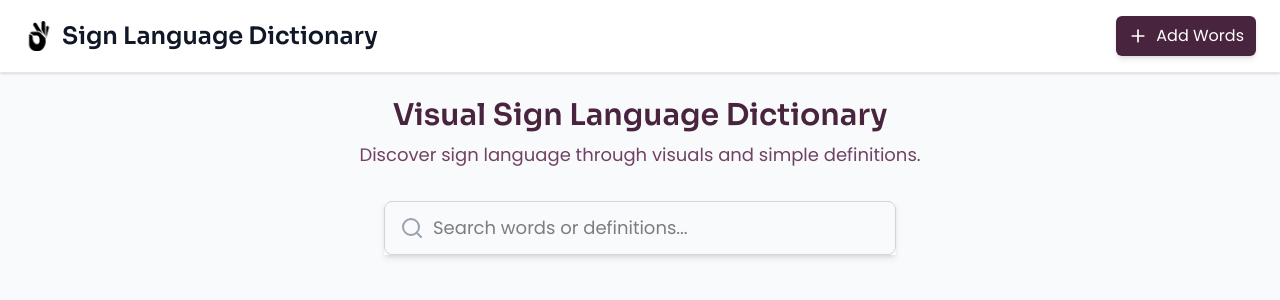
Repository: jabir12-12/sign-setu
Page: /
The author's editor kept a copy of each file at every save. The page is drawn from the files as they stood at one save, then again after the next save.
The browser window is 1280 px wide. The pictures show the whole page.
The project was rebuilt for these pictures with package versions that can differ from the ones it lists, and the page was loaded fresh each time. The framework's server and built-in components were replaced by stand-ins that run in the browser. Also part of the build but not shown: next.config.ts.

Above is the page before, as saved 2025-05-27 16:26:08.

### app/page.tsx
'use client';
import React from 'react';
import Image from 'next/image';
import { Plus, Search } from 'lucide-react';

export default function StockDashboard() {
  return (
    <div className="bg-gray-50 min-h-screen flex flex-col">
      {/* Header */}
      <header className="sticky top-0 z-10 flex flex-wrap justify-between items-center px-4 md:px-6 py-3 md:py-4 bg-white border-b border-gray-200 shadow-sm">
        {/* Left: Logo & Title */}
        <div className="flex items-center space-x-2 mb-2 md:mb-0 justify-center">
          <Image
            src="/images/ok.png"
            alt="Logo icon"
            width={30}
            height={30}
          />
          <h1 className="text-gray-900 font-semibold text-lg md:text-2xl whitespace-nowrap">
            Sign Language Dictionary
          </h1>
        </div>

        {/* Right: Add Button */}
        <div className="flex items-center gap-2">
          <button className="bg-[#49243E] text-white px-3 py-2 rounded-full md:rounded-md flex items-center justify-center hover:bg-[#704264] transition-colors duration-200 shadow-md hover:shadow-md">
            <Plus className="w-5 h-5" />
            <span className="hidden md:inline ml-2">Add Words</span>
          </button>
        </div>
      </header>

      {/* Centered Search Bar */}
      <div className="text-center mt-6 px-4">
        <h2 className="text-2xl md:text-3xl font-semibold text-[#49243E]">
          Visual Sign Language Dictionary
        </h2>
        <p className="text-md md:text-lg text-[#704264] mt-2">
          Discover sign language through visuals and simple definitions.
        </p>
      </div>

      <div className="flex justify-center mt-8 px-4">
        <div className="relative w-full max-w-lg shadow-md">
          <span className="absolute inset-y-0 left-0 pl-4 flex items-center text-gray-400">
            <Search className="w-6 h-6" /> {/* Bigger icon */}
          </span>
          <input
            type="text"
            placeholder="Search words or definitions..."
            className="w-full pl-12 pr-5 py-3 text-lg border border-gray-300 rounded-lg focus:outline-none focus:ring-2 focus:ring-[#BB8493] focus:border-[#BB8493] hover:border-gray-400 transition-all duration-200"
          />
        </div>
      </div>

    </div>
  );
}

### app/globals.css
@import url('https://fonts.googleapis.com/css2?family=Poppins:wght@400;500;600&family=Inter:wght@400;500;600&family=Sora:wght@400;500;600;700;800&display=swap');
@import url('https://fonts.googleapis.com/css2?family=Inter:wght@400;700&display=swap');

@import "tailwindcss";

body {
  background-color: #f7f8fb;
  margin: 0;
  padding: 0;
  font-family: 'Poppins', sans-serif;
  justify-content: center;
  align-items: center;
  height: 100vh;
}

.video-js .vjs-playback-rate {
  font-size: 10px;
  transform: translateY(12px);
  /* Moves the button down by 10px */

}

.heading .head {
  font-family: 'Sora', sans-serif;
  font-size: 24px;
  /* Example size */
  font-weight: 700;
}

/* Example for other headings if needed */
h1,
h2,
h3,
h4,
h5,
h6 {
  font-family: 'Sora', sans-serif;
}

h3 {
  font-size: 18px;
  font-weight: 600;
}

/* Ensure that other text elements use Poppins */
p,
span,
div {
  font-family: 'Poppins', sans-serif;
}

.button {
  outline: none;
}

/* Custom scrollbar styles */

::-webkit-scrollbar {
  width: 7px;
  height: 7px;
}

::-webkit-scrollbar-thumb {
  background-color: rgba(234, 236, 240, 1);
  ;

  border-radius: 100px;
}

::-webkit-scrollbar-track {
  background: "white";

}

/* THIS IS FOR TEXT-EDITOR IN DISSCUSSION TAB --------------------------*/
.custom-quill .ql-container {
  border: none !important;
  /* Remove the border from the container */
}

.custom-quill .ql-editor {
  border: none !important;
  /* Ensure no border around the editor */
}

.custom-quill:focus {
  outline: none;
  /* Remove outline on focus */
}

.custom-quill .ql-editor {
  font-size: 16px;
  /* Set text size to 16px */
  font-family: 'Poppins', sans-serif;
  font-style: normal;
  /* Use the Poppins font */

}

.custom-quill .ql-editor:empty::before {

  /* Show placeholder */
  color: #667085;
  /* Placeholder color */
  font-family: 'Poppins', sans-serif;
  font-style: normal;
  /* Poppins font for placeholder */
  font-size: 16px;
  /* Placeholder size */
  position: absolute;
  /* Position it absolutely */
  left: 10px;
  /* Adjust according to your padding */
  top: 10px;
  /* Adjust according to your padding */
  pointer-events: none;
  /* Prevent interaction */
}

.custom-quill .ql-editor:focus::before {
  display: none;
  /* Hide placeholder on focus */
}

/* -------------------------------------------------- */
/* FOR TOOLTIP FOR TEST PAGE ONLY ->learn Tab */


.tooltipText {
  position: absolute;
  color: white;
  bottom: 125%;
  /* Position above the button */
  left: 50%;
  /* Center horizontally */
  transform: translateX(-50%);
  /* Adjust to center the tooltip */

  z-index: 3;
  background-color: #131313;
  box-shadow: 0 5px 10px rgba(0, 0, 0, 0.3);
  padding: 6px 14px;
  /* Padding inside the tooltip */
  width: 204px;
  /* Fixed width */
  height: auto;
  /* Hug content (height grows with content) */
  min-height: 78px;
  /* Minimum height */
  font-size: 15px;
  font-weight: 400;
  border-radius: 5px;
  white-space: normal;
  /* Allow text wrapping for longer content */
  opacity: 0;
  pointer-events: none;
  transition: all 0.4s ease;
}

.tooltip:hover .tooltipText {
  opacity: 1;
  pointer-events: auto;
  transform: translate(-50%, -10px);
  /* Move tooltip slightly up on hover */
}

.drawer-overlay {
  background-color: transparent !important;
  /* Makes the overlay transparent */
}

/* magic.module.css */
.customCheckbox input[type="checkbox"]:checked {
  background-color: #9012FF;
  border-color: #9012FF;
}

/* Add this to your global CSS file */
.ql-container .ql-editor img {
  cursor: pointer;
}

.image-resizer {
  border: 1px dashed #999;
  position: absolute;
}

.image-resizer .resize-handle {
  background-color: #fff;
  border: 1px solid #999;
  height: 8px;
  width: 8px;
  position: absolute;
}

.image-resizer .resize-handle.se {
  bottom: -5px;
  right: -5px;
  cursor: se-resize;
}

.image-resizer .resize-handle.sw {
  bottom: -5px;
  left: -5px;
  cursor: sw-resize;
}

.image-resizer .resize-handle.ne {
  top: -5px;
  right: -5px;
  cursor: ne-resize;
}

.image-resizer .resize-handle.nw {
  top: -5px;
  left: -5px;
  cursor: nw-resize;
}


@layer base {
  :root {
    --radius: 0.5rem;
    --chart-1: 12 76% 61%;
    --chart-2: 173 58% 39%;
    --chart-3: 197 37% 24%;
    --chart-4: 43 74% 66%;
    --chart-5: 27 87% 67%;
  }

  .dark {
    --chart-1: 220 70% 50%;
    --chart-2: 160 60% 45%;
    --chart-3: 30 80% 55%;
    --chart-4: 280 65% 60%;
    --chart-5: 340 75% 55%;
  }
}

Loaded but not shown: app/layout.tsx (common file)

After the next save:
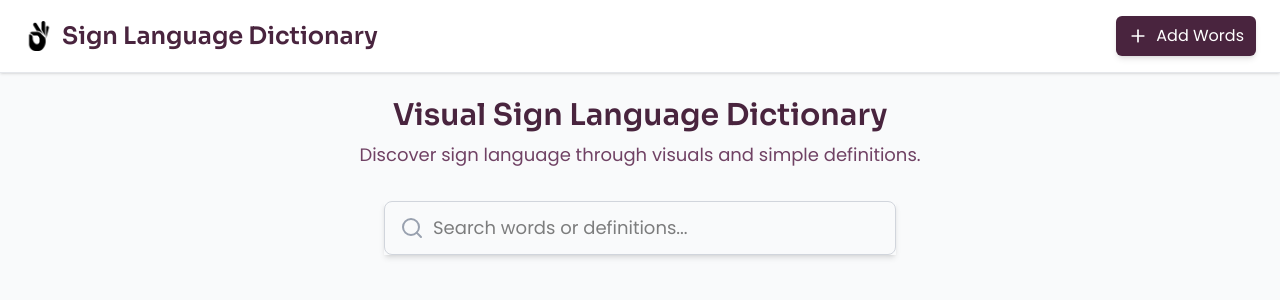
Saved 19 s later.
--- a/app/page.tsx
+++ b/app/page.tsx
@@ -16,7 +16,7 @@ export default function StockDashboard() {
             width={30}
             height={30}
           />
-          <h1 className="text-gray-900 font-semibold text-lg md:text-2xl whitespace-nowrap">
+          <h1 className="text-[#49243E] font-semibold text-lg md:text-2xl whitespace-nowrap">
             Sign Language Dictionary
           </h1>
         </div>
